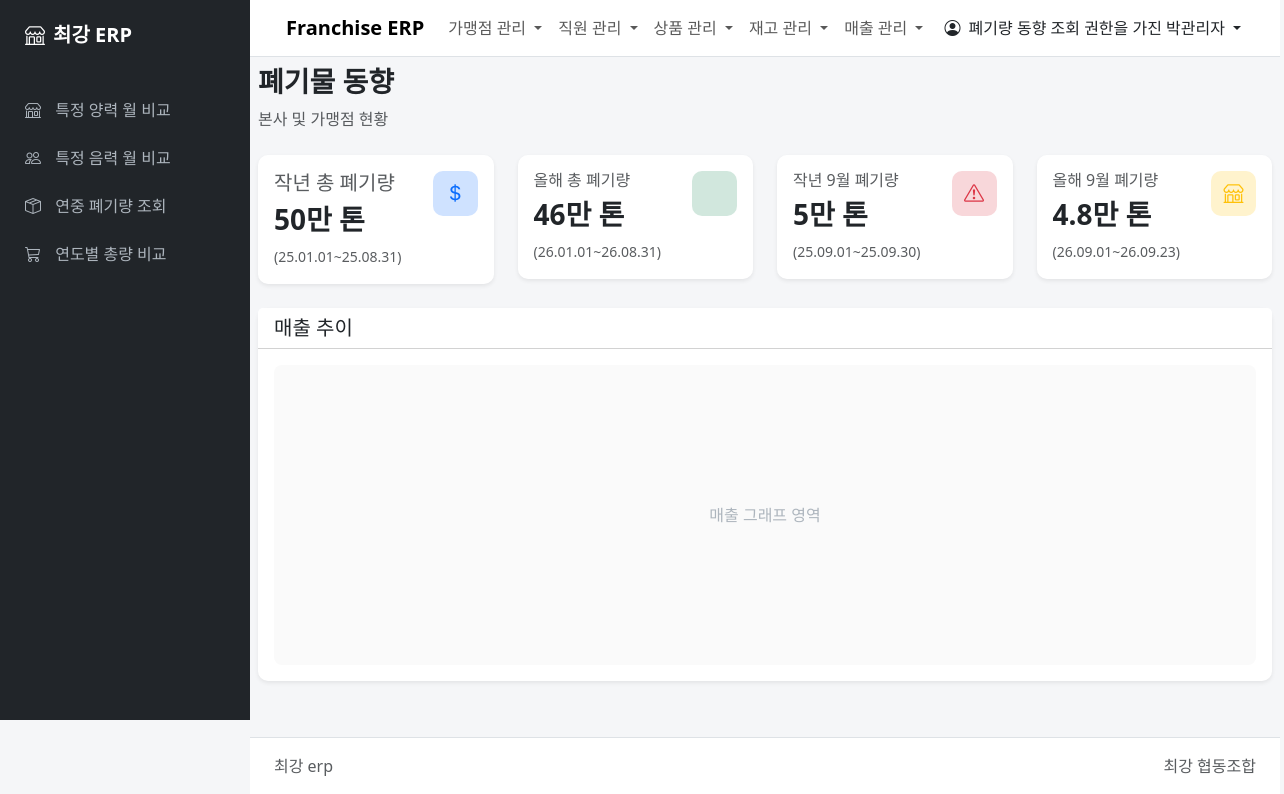
Repository: nojong99/kosta
Page: 32_MVCModel2/src/main/webapp/wasteTrends.html
These files come from the project's save history. The page is drawn as it stood at one moment and after a run of saves; the edit follows.
The browser window is 1280 px wide. The page is 1284 px wide, so the pictures cover 1284 px, including what lies to the right of the window. The pictures show the whole page.

Above is the page before, as saved 2026-09-23 03:24:59.

### 32_MVCModel2/src/main/webapp/wasteTrends.html
<!DOCTYPE html>
<html lang="ko">

<head>
    <meta charset="UTF-8">
    <meta name="viewport" content="width=device-width, initial-scale=1">

    <title>최강 ERP</title>

    <link
        href="https://cdn.jsdelivr.net/npm/bootstrap@5.3.8/dist/css/bootstrap.min.css"
        rel="stylesheet">
    <link
        rel="stylesheet"
        href="https://cdn.jsdelivr.net/npm/bootstrap-icons@1.13.1/font/bootstrap-icons.min.css">
	<link rel="stylesheet" href="css/wasteTrends.css">


</head>


<body>

<div class="sidebar">

    <div class="logo">

        <i class="bi bi-shop me-2"></i>

        <span>최강 ERP</span>

    </div>


    <ul class="nav flex-column mt-3">


        <li class="nav-item">

            <a class="nav-link" href="#">

                <i class="bi bi-shop"></i>

                <span>특정 양력 월 비교</span>

            </a>

        </li>

        <li class="nav-item">

            <a class="nav-link" href="#">

                <i class="bi bi-people"></i>

                <span>특정 음력 월 비교</span>

            </a>

        </li>

        <li class="nav-item">

            <a class="nav-link" href="#">

                <i class="bi bi-box-seam"></i>

                <span>연중 폐기량 조회</span>

            </a>

        </li>

        <li class="nav-item">

            <a class="nav-link" href="#">

                <i class="bi bi-cart3"></i>

                <span>연도별 총량 비교</span>

            </a>

        </li>



    </ul>

</div>



<!-- ==================================================
     MAIN
================================================== -->

<div class="main">

    <nav class="navbar navbar-expand-lg bg-white border-bottom px-4">

    <div class="container-fluid">

        <!-- 왼쪽 -->
        <a class="navbar-brand fw-bold" href="#">
            Franchise ERP
        </a>


        <!-- 메뉴 -->
        <ul class="navbar-nav me-auto mb-2 mb-lg-0">


            <!-- 가맹점 관리 -->
            <li class="nav-item dropdown">

                <a class="nav-link dropdown-toggle"
                   href="#"
                   role="button"
                   data-bs-toggle="dropdown">

                    가맹점 관리

                </a>

                <ul class="dropdown-menu">

                    <li>
                        <a class="dropdown-item" href="#">
                            가맹점 조회
                        </a>
                    </li>

                    <li>
                        <a class="dropdown-item" href="#">
                            가맹점 등록
                        </a>
                    </li>

                    <li>
                        <a class="dropdown-item" href="#">
                            가맹점 수정
                        </a>
                    </li>

                </ul>

            </li>


            <!-- 직원 관리 -->
            <li class="nav-item dropdown">

                <a class="nav-link dropdown-toggle"
                   href="#"
                   role="button"
                   data-bs-toggle="dropdown">

                    직원 관리

                </a>

                <ul class="dropdown-menu">

                    <li>
                        <a class="dropdown-item" href="#">
                            직원 조회
                        </a>
                    </li>

                    <li>
                        <a class="dropdown-item" href="#">
                            직원 등록
                        </a>
                    </li>

                </ul>

            </li>


            <!-- 상품 관리 -->
            <li class="nav-item dropdown">

                <a class="nav-link dropdown-toggle"
                   href="#"
                   role="button"
                   data-bs-toggle="dropdown">

                    상품 관리

                </a>

                <ul class="dropdown-menu">

                    <li>
                        <a class="dropdown-item" href="#">
                            상품 조회
                        </a>
                    </li>

                    <li>
                        <a class="dropdown-item" href="#">
                            상품 등록
                        </a>
                    </li>

                </ul>

            </li>


            <!-- 재고 관리 -->
            <li class="nav-item dropdown">

                <a class="nav-link dropdown-toggle"
                   href="#"
                   role="button"
                   data-bs-toggle="dropdown">

                    재고 관리

                </a>

                <ul class="dropdown-menu">

                    <li>
                        <a class="dropdown-item" href="#">
                            재고 조회
                        </a>
                    </li>

                    <li>
                        <a class="dropdown-item" href="#">
                            재고 변동 내역
                        </a>
                    </li>

                    <li>
                        <a class="dropdown-item" href="#">
                            폐기량 동향
                        </a>
                    </li>

                </ul>

            </li>


            <!-- 매출 관리 -->
            <li class="nav-item dropdown">

                <a class="nav-link dropdown-toggle"
                   href="#"
                   role="button"
                   data-bs-toggle="dropdown">

                    매출 관리

                </a>

                <ul class="dropdown-menu">

                    <li>
                        <a class="dropdown-item" href="#">
                            매출 조회
                        </a>
                    </li>

                    <li>
                        <a class="dropdown-item" href="#">
                            매출 통계
                        </a>
                    </li>

                </ul>

            </li>

        </ul>


        <!-- 사용자 -->
        <div class="dropdown">

            <button
                class="btn dropdown-toggle"
                data-bs-toggle="dropdown">

                <i class="bi bi-person-circle me-1"></i>

                폐기량 동향 조회 권한을 가진 박관리자

            </button>


            <ul class="dropdown-menu dropdown-menu-end">

                <li>
                    <a class="dropdown-item" href="#">
                        프로필
                    </a>
                </li>

                <li>
                    <a class="dropdown-item" href="#">
                        설정
                    </a>
                </li>

                <li>
                    <hr class="dropdown-divider">
                </li>

                <li>
                    <a class="dropdown-item" href="#">
                        로그아웃
                    </a>
                </li>

            </ul>

        </div>

    </div>

</nav>



    <main class="container-fluid p-2">

        <div class="mb-4">

            <h3 class="fw-bold">
                폐기물 동향
            </h3>

            <p class="text-muted mb-0">
                본사 및 가맹점 현황
            </p>

        </div>

        <div class="row g-4 mb-4">
            <div class="col-12 col-sm-6 col-xl-3">

                <div class="card dashboard-card shadow-sm">

                    <div class="card-body">

                        <div class="d-flex justify-content-between">

                            <div>

                                <h5 class="text-muted">
                                    작년 총 폐기량
                                </h5 >

                                <h3 class="fw-bold">
                                    50만 톤
                                </h3>

                            </div>


                            <div class="dashboard-icon bg-primary-subtle text-primary">

                                <i class="bi bi-currency-dollar"></i>

                            </div>

                        </div>

                        <small class="text-muted">
                            (25.01.01~25.08.31)
                        </small>

                    </div>

                </div>

            </div>

            <div class="col-12 col-sm-6 col-xl-3">

                <div class="card dashboard-card shadow-sm">

                    <div class="card-body">

                        <div class="d-flex justify-content-between">

                            <div>

                                <h6 class="text-muted">
                                    올해 총 폐기량
                                </h6>

                                <h3 class="fw-bold">
                                    46만 톤
                                </h3>

                            </div>


                            <div class="dashboard-icon bg-success-subtle text-success">

                            </div>

                        </div>

                        <small class="text-muted">
                            (26.01.01~26.08.31)
                        </small>

                    </div>

                </div>

            </div>

            <div class="col-12 col-sm-6 col-xl-3">

                <div class="card dashboard-card shadow-sm">

                    <div class="card-body">

                        <div class="d-flex justify-content-between">

                            <div>

                                <h6 class="text-muted">
									작년 9월 폐기량
                                </h6>

                                <h3 class="fw-bold">
                                    5만 톤
                                </h3>

                            </div>


                            <div class="dashboard-icon bg-danger-subtle text-danger">

                                <i class="bi bi-exclamation-triangle"></i>

                            </div>

                        </div>

                        <small class="text-muted">
                            (25.09.01~25.09.30)
                        </small>

                    </div>

                </div>

            </div>

            <div class="col-12 col-sm-6 col-xl-3">

                <div class="card dashboard-card shadow-sm">

                    <div class="card-body">

                        <div class="d-flex justify-content-between">

                            <div>

                                <h6 class="text-muted">
                                    올해 9월 폐기량
                                </h6>

                                <h3 class="fw-bold">
                                    4.8만 톤
                                </h3>

                            </div>


                            <div class="dashboard-icon bg-warning-subtle text-warning">

                                <i class="bi bi-shop"></i>

                            </div>

                        </div>

                        <small class="text-muted">
							(26.09.01~26.09.23)
                        </small>

                    </div>

                </div>

            </div>

        </div>



        <!-- ==================================================
             2. 매출 / 재고
        ================================================== -->

        <div class="row g-4 mb-4">


            <!-- 매출 그래프 -->

            <div class="col-12">

                <div class="card dashboard-card shadow-sm">

                    <div class="card-header bg-white">

                        <h5 class="mb-0">
                            매출 추이
                        </h5>

                    </div>

                    <div class="card-body">

                        <div class="chart-area">

                            <span>
                                매출 그래프 영역
                            </span>

                        </div>

                    </div>

                </div>

            </div>

    </main>



    <!-- ==================================================
         FOOTER
    ================================================== -->

    <footer class="py-3 mt-4 bg-white border-top">

        <div class="container-fluid px-4">

            <div class="d-flex justify-content-between">

                <span class="text-muted">
                    최강 erp
                </span>

                <span class="text-muted">
                    최강 협동조합
                </span>

            </div>

        </div>

    </footer>


</div>



<!-- Bootstrap 5 JS -->

<script
    src="https://cdn.jsdelivr.net/npm/bootstrap@5.3.8/dist/js/bootstrap.bundle.min.js">
</script>


</body>

</html>

### 32_MVCModel2/src/main/webapp/css/wasteTrends.css
@charset "UTF-8";


body {
    background-color: #f5f6f8;
}

/* 사이드바 */
.sidebar {
    width: 250px;
    min-height: 100vh;
    background-color: #212529;
    position: fixed;
    left: 0;
    top: 0;
}

.sidebar .logo {
    height: 70px;
    display: flex;
    align-items: center;
    padding: 0 25px;
    font-size: 20px;
    font-weight: bold;
    color: white;
}

.sidebar .nav-link {
    color: #adb5bd;
    padding: 12px 25px;
}
.navbar .dropdown:hover > .dropdown-menu {
    display: block;
}
.navbar .dropdown-menu {
    margin-top: 0;
}


.sidebar .nav-link:hover,
.sidebar .nav-link.active {
    color: white;
    background-color: #343a40;
}

.sidebar .nav-link i {
    margin-right: 10px;
}

/* 메인 */
.main {
    margin-left: 250px;
    min-height: 100vh;
}

/* 상단바 */
.topbar {
    height: 70px;
    background-color: white;
    border-bottom: 1px solid #dee2e6;
}

/* 카드 */
.dashboard-card {
    border: none;
    border-radius: 10px;
}

.dashboard-icon {
    width: 45px;
    height: 45px;
    border-radius: 10px;

    display: flex;
    align-items: center;
    justify-content: center;

    font-size: 20px;
}

/* 차트 영역 */
.chart-area {
    height: 300px;

    display: flex;
    align-items: center;
    justify-content: center;

    color: #adb5bd;
    background-color: #fafafa;
    border-radius: 8px;
}

/* 빈 데이터 */
.empty-data {
    height: 150px;

    display: flex;
    align-items: center;
    justify-content: center;

    color: #adb5bd;
}

@media (max-width: 768px) {

    .sidebar {
        width: 70px;
    }

    .sidebar .logo span,
    .sidebar .nav-link span {
        display: none;
    }

    .sidebar .nav-link {
        text-align: center;
        padding: 15px 0;
    }

    .sidebar .nav-link i {
        margin: 0;
    }

    .main {
        margin-left: 70px;
    }

}

After the next 2 saves:
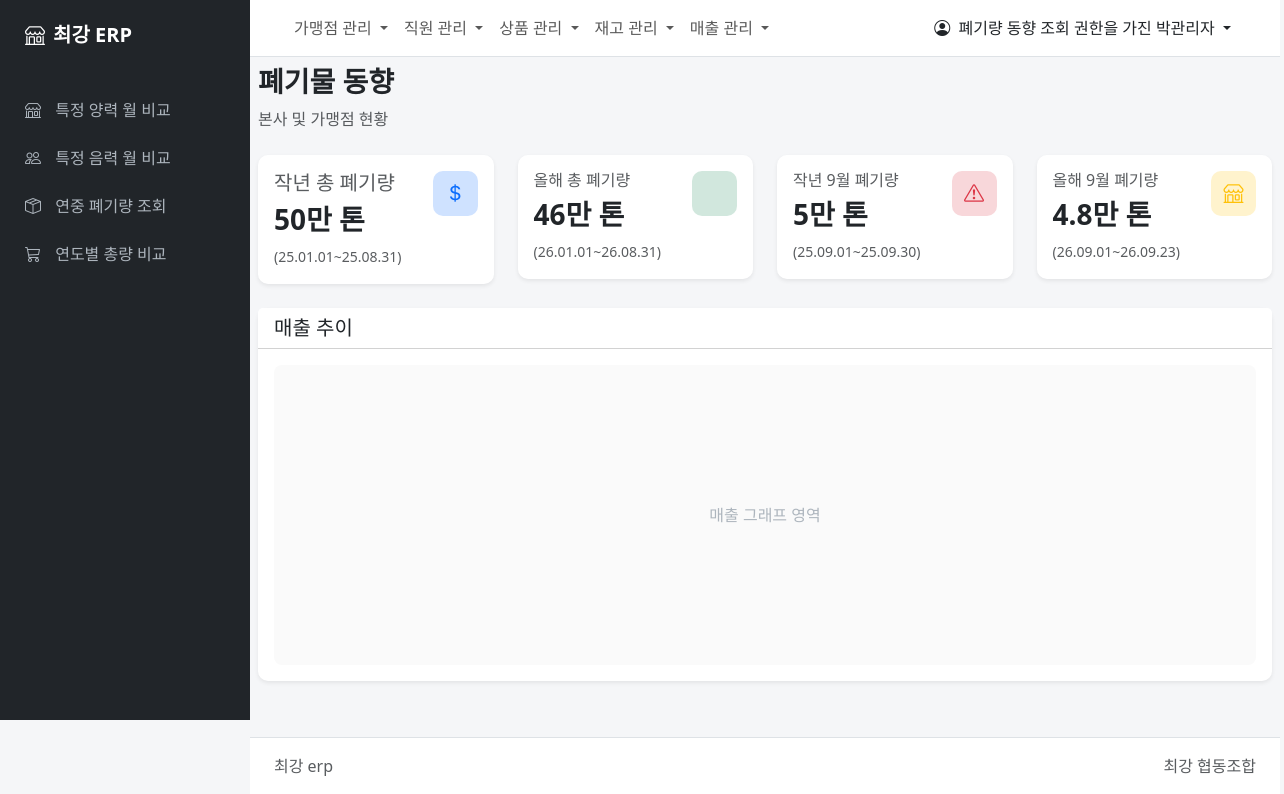
The 2 saves are shown as one change because they came seconds apart.
The last was saved 22 s later.
--- a/32_MVCModel2/src/main/webapp/wasteTrends.html
+++ b/32_MVCModel2/src/main/webapp/wasteTrends.html
@@ -100,18 +100,8 @@
     <nav class="navbar navbar-expand-lg bg-white border-bottom px-4">
 
     <div class="container-fluid">
-
-        <!-- 왼쪽 -->
-        <a class="navbar-brand fw-bold" href="#">
-            Franchise ERP
-        </a>
-
-
-        <!-- 메뉴 -->
         <ul class="navbar-nav me-auto mb-2 mb-lg-0">
 
-
-            <!-- 가맹점 관리 -->
             <li class="nav-item dropdown">
 
                 <a class="nav-link dropdown-toggle"
